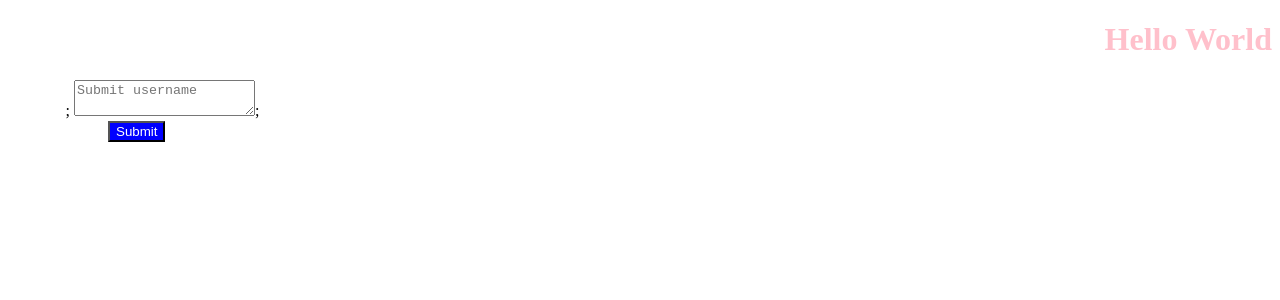
Repository: Flamemaster921/Feature-Showcase
Page: Index/firstPage/Website.html
An editor plug-in stored every save of this project. The page is shown before and after the next save, followed by the edit.
The browser window is 1280 px wide. The pictures show the whole page.

Above is the page before, as saved 2025-12-15 01:52:32.

### Index/firstPage/Website.html
<!DOCTYPE html>
<html lang="en">
<head>
    <meta charset="UTF-8">
    <meta name="viewport" content="width=device-width, initial-scale=1.0">
    <title>New Start</title>
    <link rel="stylesheet" href="Design.css">
    <script src="System.js" defer></script>
</head>
<body>
    <h1 class="titleCard">Hello World</h1>

    <button id="submitButton" class="primary-btn">Submit</button>;

    <textarea id="usernameBox" class="text-input" placeholder="Submit username"></textarea>;
</body>

### Index/firstPage/Design.css
.titleCard {
    display: flex;
    flex-direction: row-reverse;
    align-items: center;
    color: pink;
    left: auto;
}

.primary-btn {
  background-color: blue;
  color: white;

  position: relative;
  top: 20px;
  left: 100px;
}

### Index/firstPage/System.js
//Submit username
const textarea = document.getElementById("usernameBox");
const button = document.getElementById("submitButton");

button.addEventListener("click", () => {
    textarea.value = "";
});

After the next save:
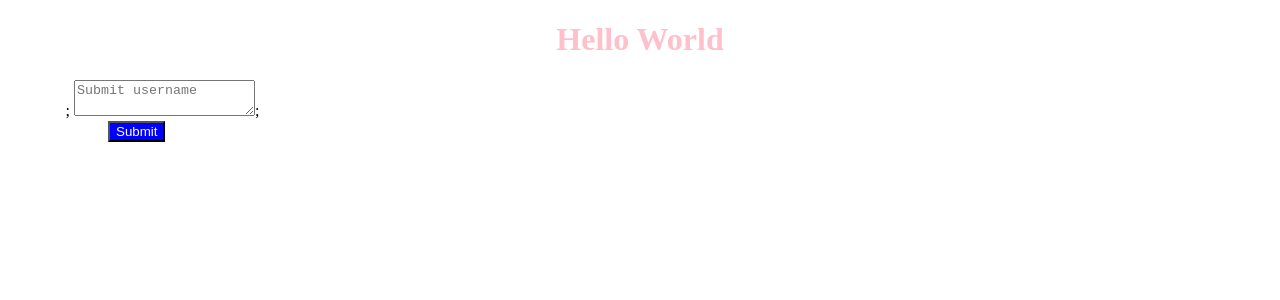
Saved 10 s later.
--- a/Index/firstPage/Design.css
+++ b/Index/firstPage/Design.css
@@ -1,6 +1,6 @@
 .titleCard {
     display: flex;
-    flex-direction: row-reverse;
+    flex-direction: column-reverse;
     align-items: center;
     color: pink;
     left: auto;
